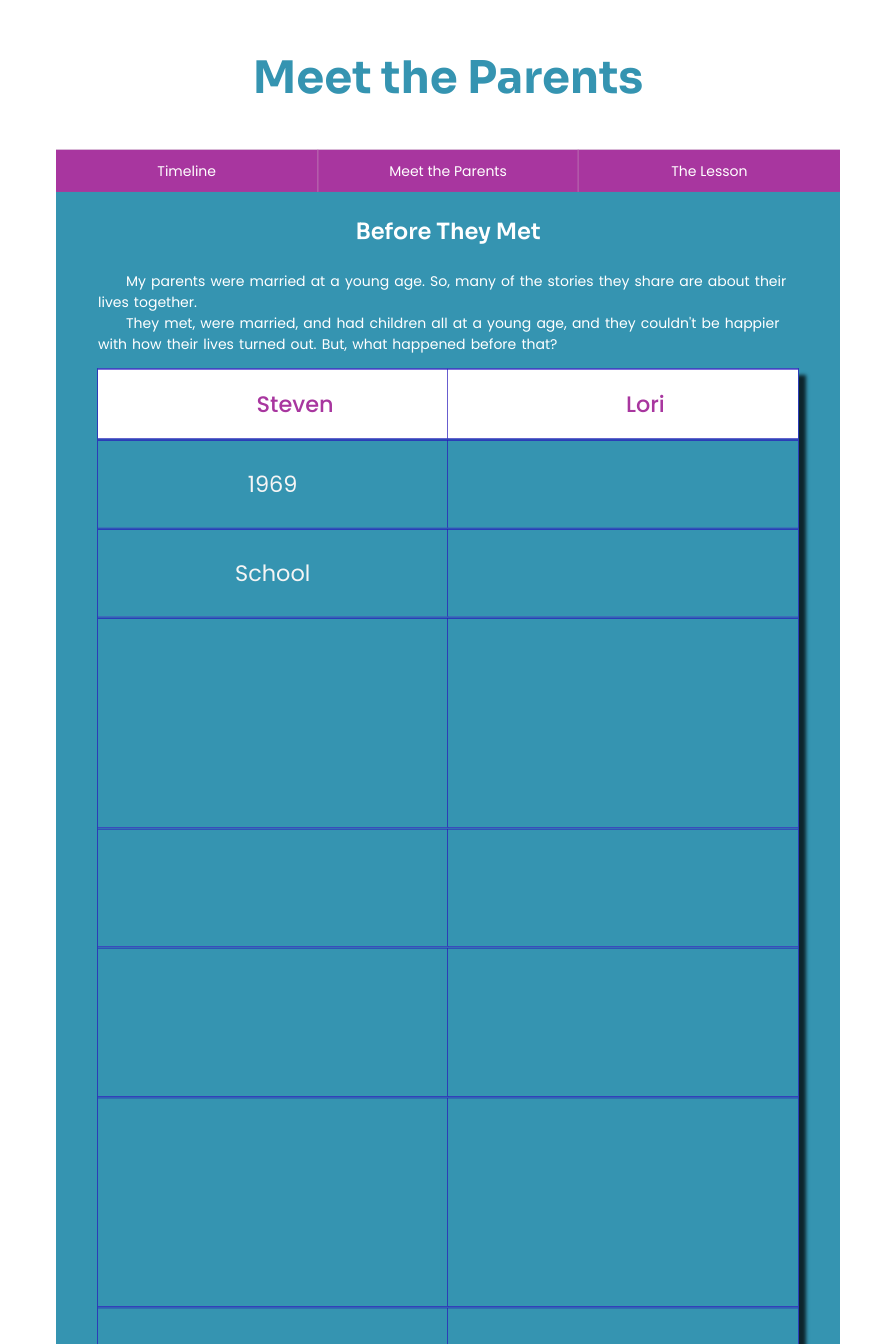
Repository: Sbethm/parents-tribute
Page: timeline.html
An editor plug-in stored every save of this project. The page is shown before and after the next save, followed by the edit.
The browser window is 1280 px wide. The pictures show the part of the page from y = 0 to 1920 px (the page is 3548 px tall), at 70% of full size.

Above is the page before, as saved 2021-02-24 12:56:07.

After the next save:
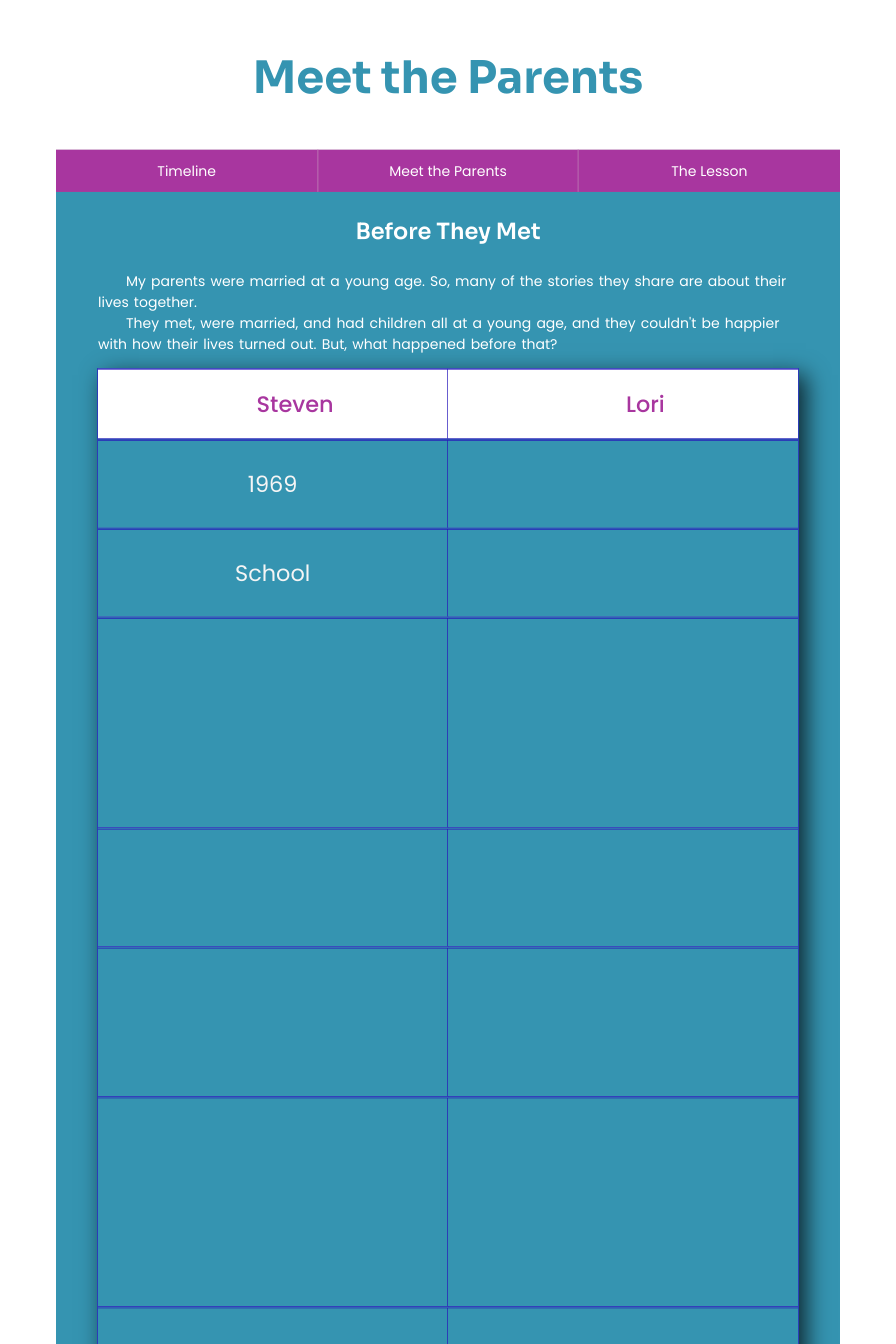
Saved 91 s later.
--- a/style.css
+++ b/style.css
@@ -679,9 +679,9 @@ footer {
         display: grid;
         margin: 0 auto;
         width: 1000px;
-        box-shadow: 10px 10px 5px 0px rgba(0,0,0,0.75);
-        -webkit-box-shadow: 10px 10px 5px 0px rgba(0,0,0,0.75);
-        -moz-box-shadow: 10px 10px 5px 0px rgba(0,0,0,0.75);
+        box-shadow: 10px 10px 31px 0px rgba(0,0,0,0.75);
+-webkit-box-shadow: 10px 10px 31px 0px rgba(0,0,0,0.75);
+-moz-box-shadow: 10px 10px 31px 0px rgba(0,0,0,0.75);
         grid-template-columns: 1fr 1fr;
         grid-template-rows: repeat(13, fit-content);
         grid-template-areas:
